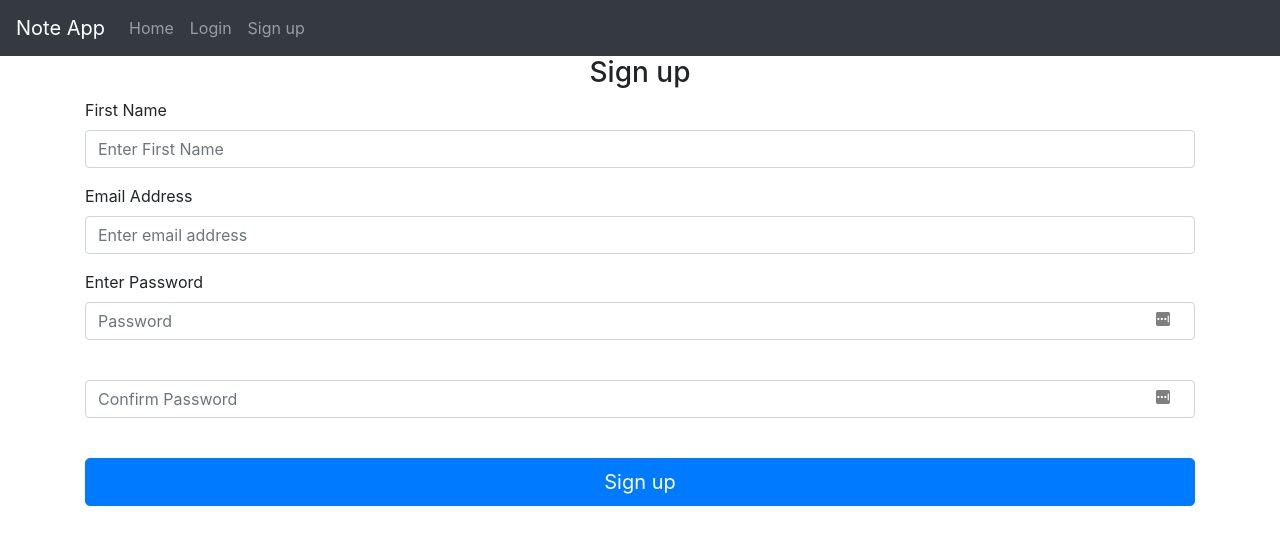
Repository: Anas-Alhariri/Python-NoteWebApplication
Page: website/templates/sign_up.html
An editor plug-in stored every save of this project. The page is shown before and after the next save, followed by the edit.
The browser window is 1280 px wide. The pictures show the whole page.
The template is drawn by Flask 3. The application's start-up code is not run. The template is opened directly, without the code that normally fills it, so the values that code supplies are empty.

Above is the page before, as saved 2021-06-12 22:20:50.

After the next save:
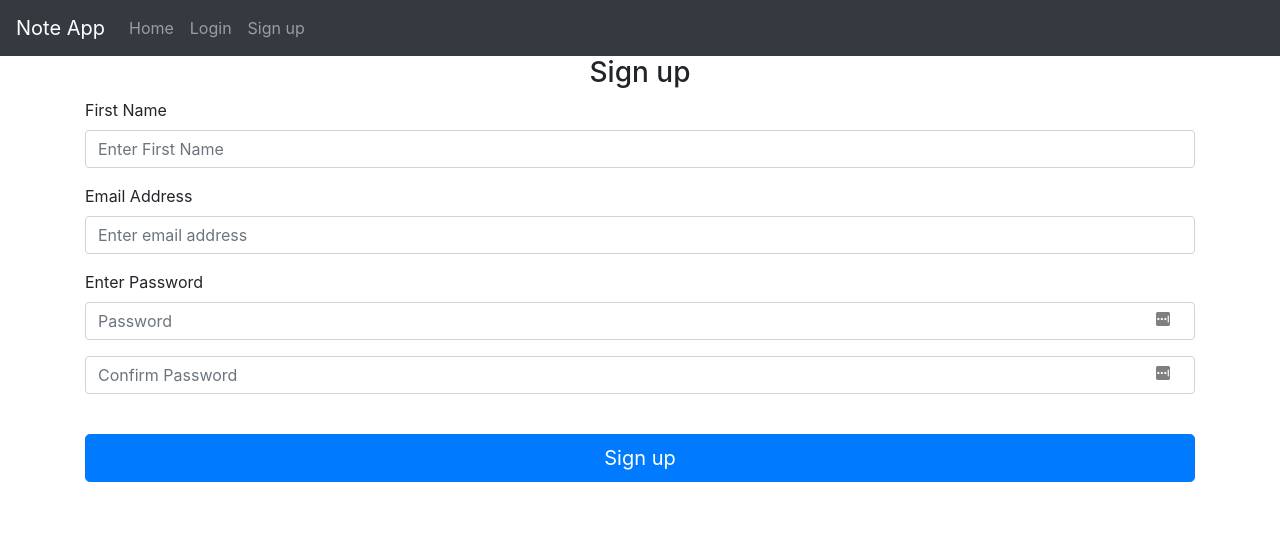
Saved 4 s later.
--- a/website/templates/sign_up.html
+++ b/website/templates/sign_up.html
@@ -21,8 +21,7 @@
 
         </div>
         <div class="form-group">
-            <label for="password2"></label>
-            <label for="inputPassword" class="sr-only">Password</label>
+            <label for="inputPassword" class="sr-only">Confirm Password</label>
             <input name="password2" type="password" id="inputPassword2" class="form-control" placeholder="Confirm Password" required="" autocomplete="off" style="background-image: url(&quot;data:[embedded picture, 452 characters]); background-repeat: no-repeat; background-attachment: scroll; background-size: 16px 18px; background-position: 98% 50%; cursor: pointer;">
 
         </div>
